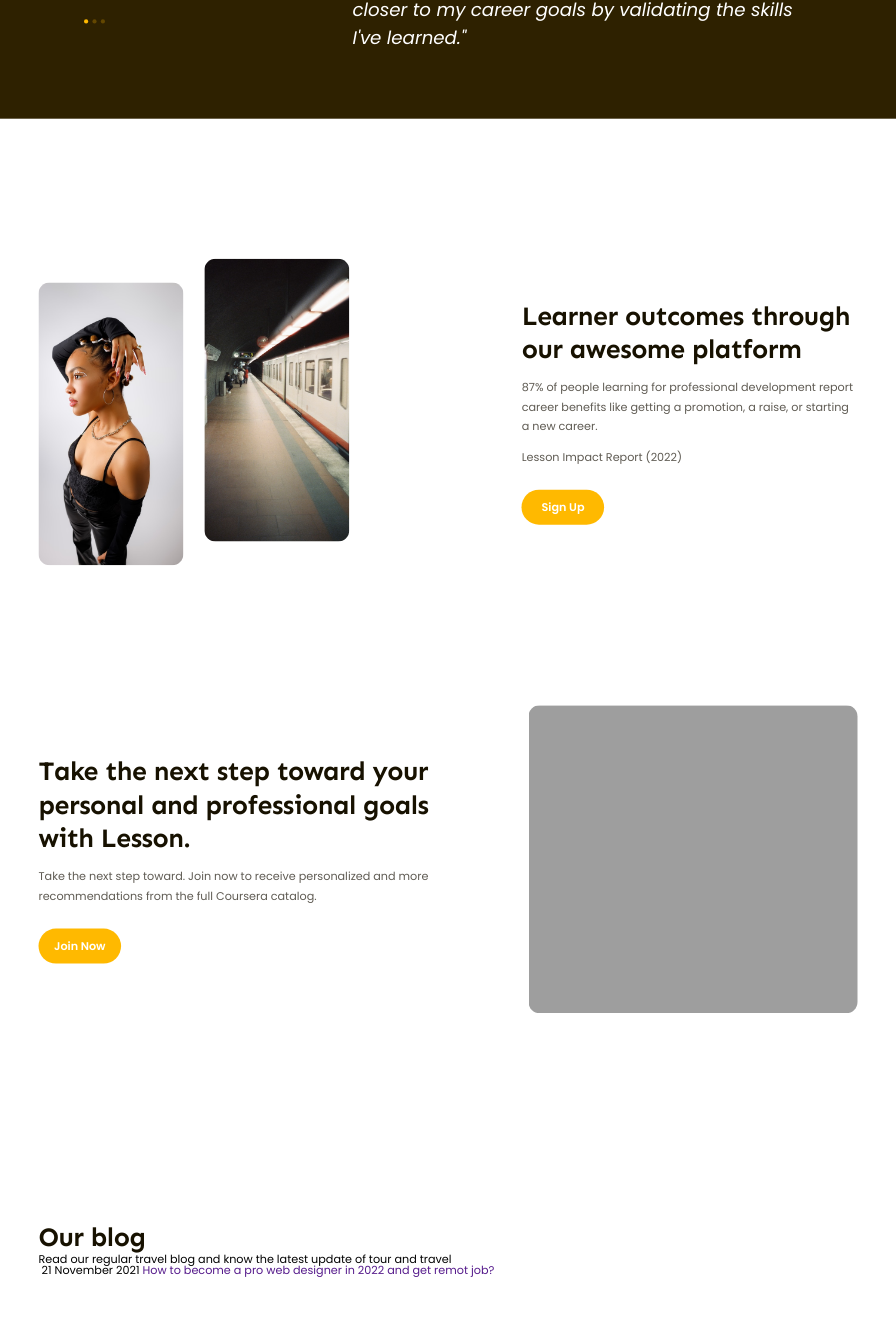
Repository: nguyenkhai1311/project-02
Page: index.html
An editor plug-in stored every save of this project. The page is shown before and after a run of saves, followed by the edit.
The browser window is 1280 px wide. The pictures show the part of the page from y = 2201 to 4121 px (the page is 4121 px tall), at 70% of full size.
Pictures or frames that could not be fetched are drawn as grey boxes.

Above is the page before, as saved 2023-04-01 16:45:44.

After the next 10 saves:
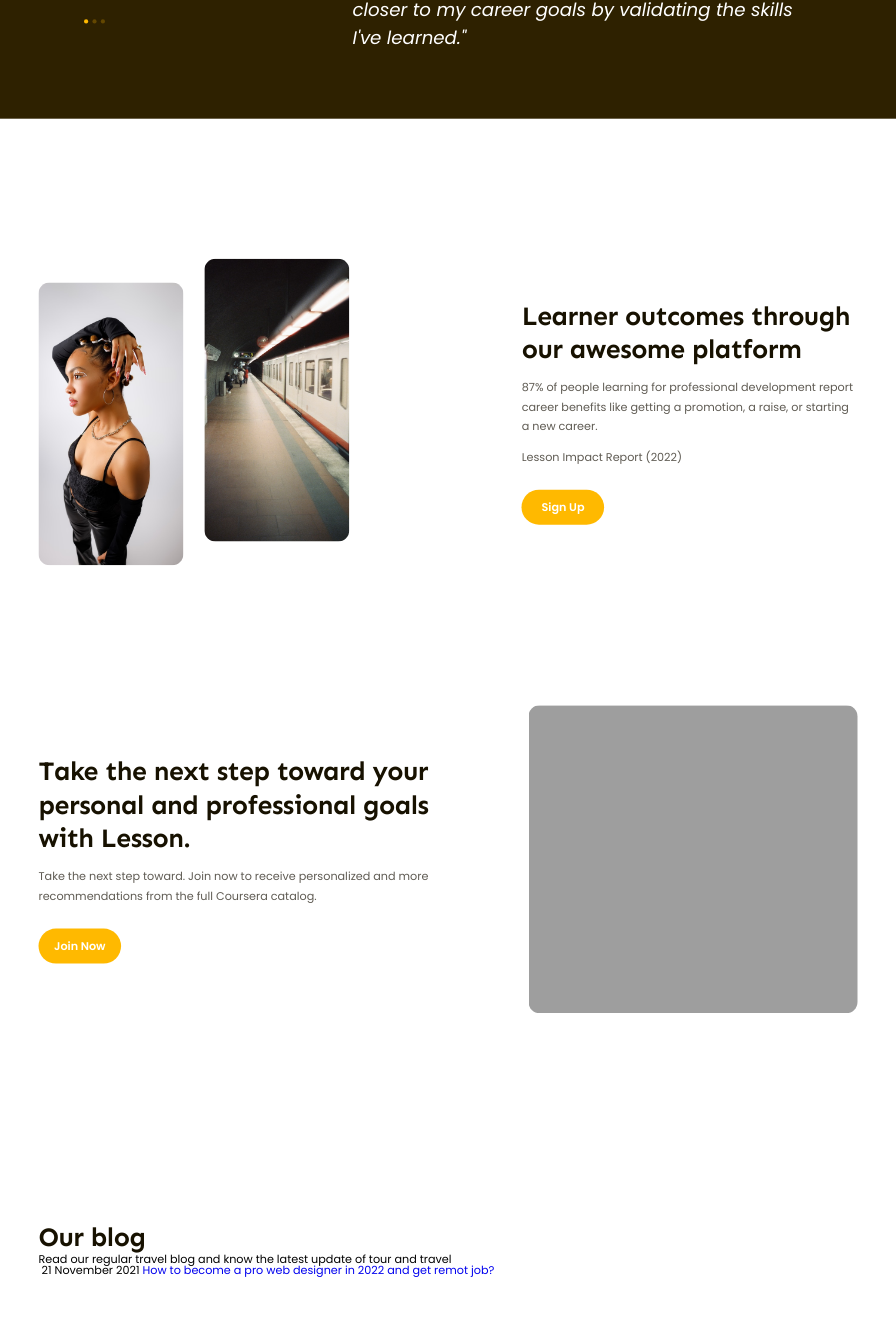
The 10 saves are shown as one change because they came seconds apart.
The last was saved 36 s later.
--- a/index.html
+++ b/index.html
@@ -407,10 +407,12 @@
                         </div>
                         <div class="blog-list">
                             <div class="item">
-                                <img src="" alt="" class="thumb" />
+                                <a href="#!">
+                                    <img src="" alt="" class="thumb" />
+                                </a>
                                 <span class="date">21 November 2021</span>
                                 <h3 class="title">
-                                    <a href="">
+                                    <a href="#!">
                                         How to become a pro web designer in 2022
                                         and get remot job?
                                     </a>
